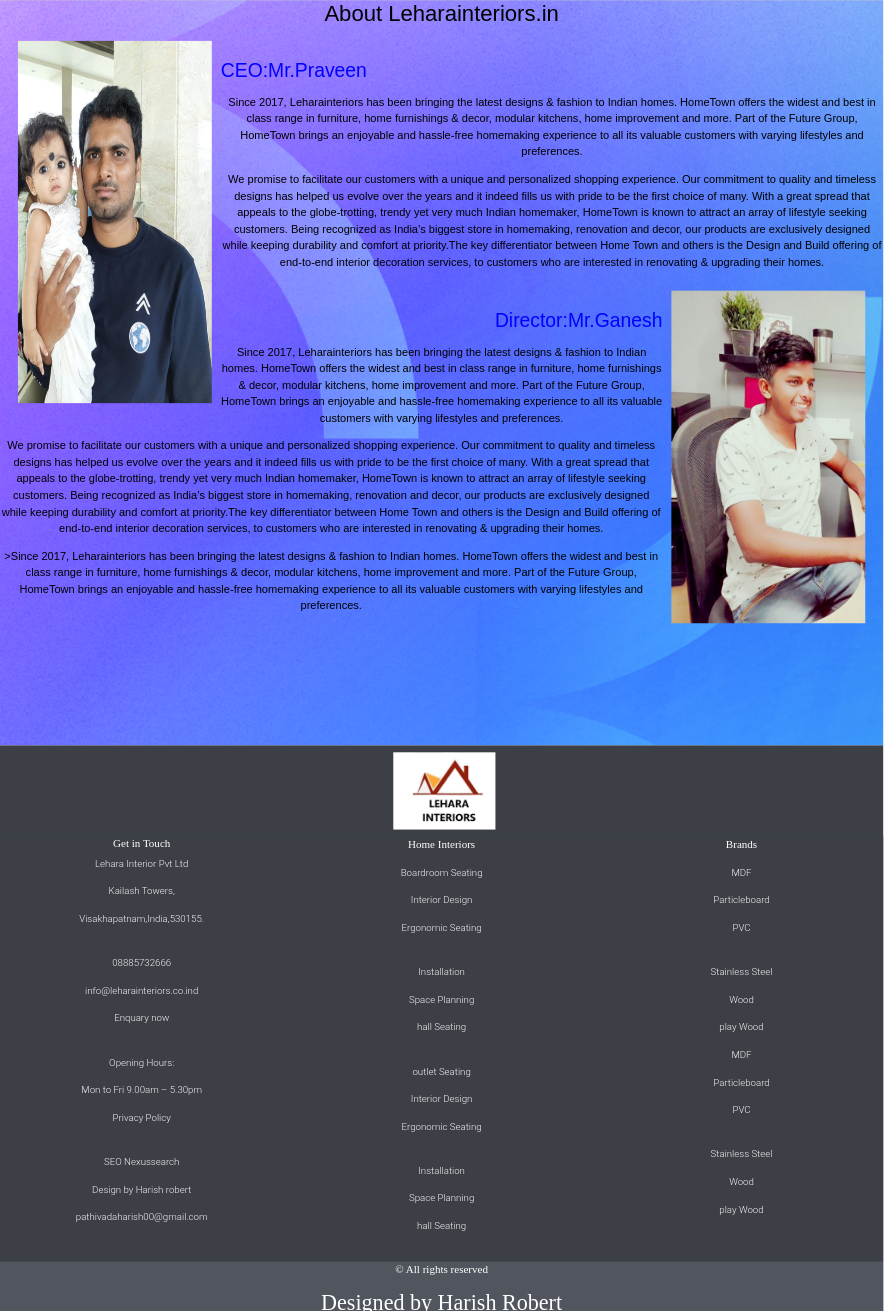
Repository: pathivadaharish143/InteriorsProjectjava
Page: front/src/main/webapp/aboutus.html
An editor plug-in stored every save of this project. The page is shown before and after the next save, followed by the edit.
The browser window is 1280 px wide. The page is 1292 px wide, so the pictures cover 1292 px, including what lies to the right of the window. The pictures show the part of the page from y = 622 to 2522 px (the page is 2544 px tall before and 2688 px after), at 69% of full size.

Above is the page before, as saved 2022-05-28 09:18:15.

After the next save:
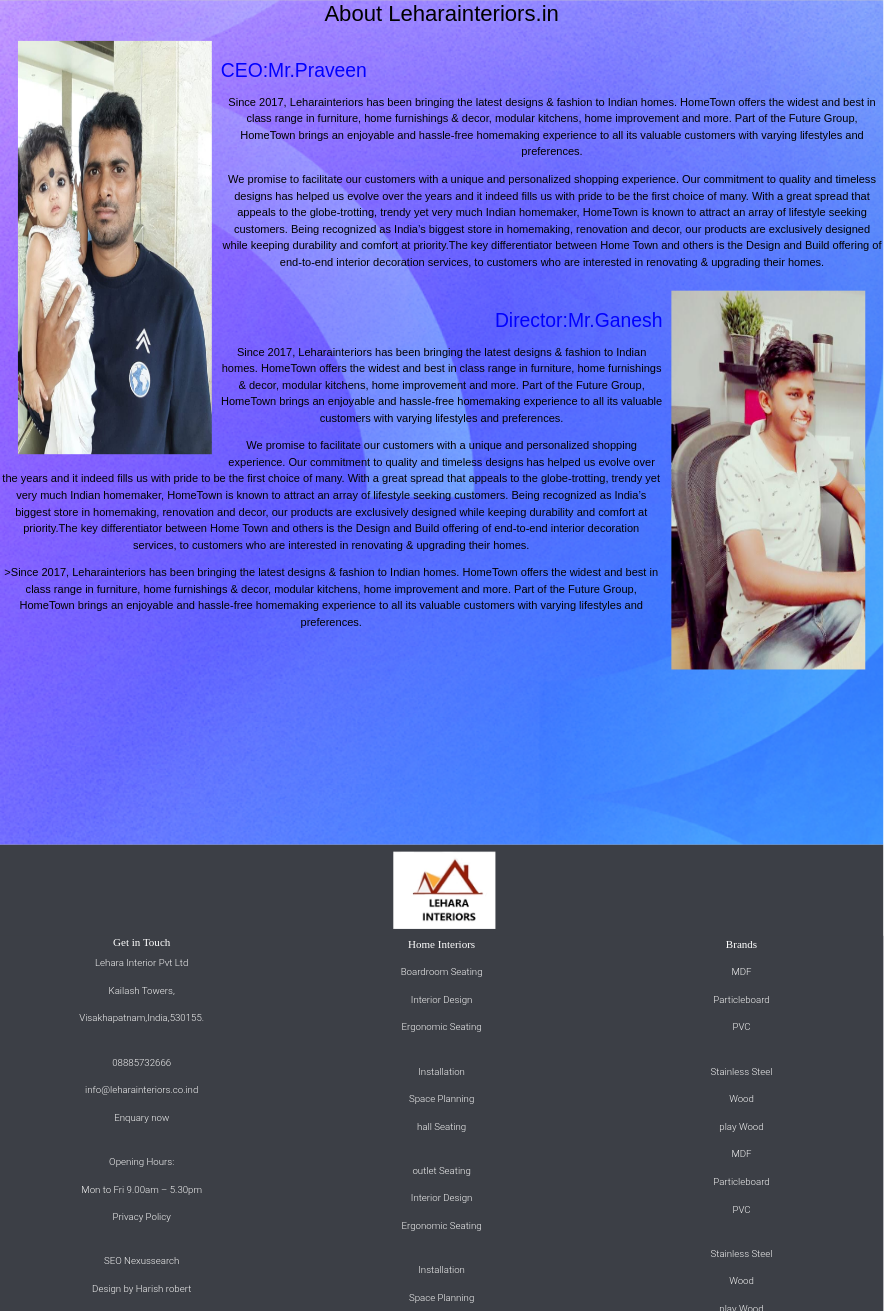
Saved 16 s later.
--- a/front/src/main/webapp/styles1.css
+++ b/front/src/main/webapp/styles1.css
@@ -237,7 +237,7 @@
          background-image:url(images/pic42.jpg);
          background-size:cover;
          width:100%;
-         height:150%;
+         height:170%;
           color:black;
             font-family:Arial;
 
